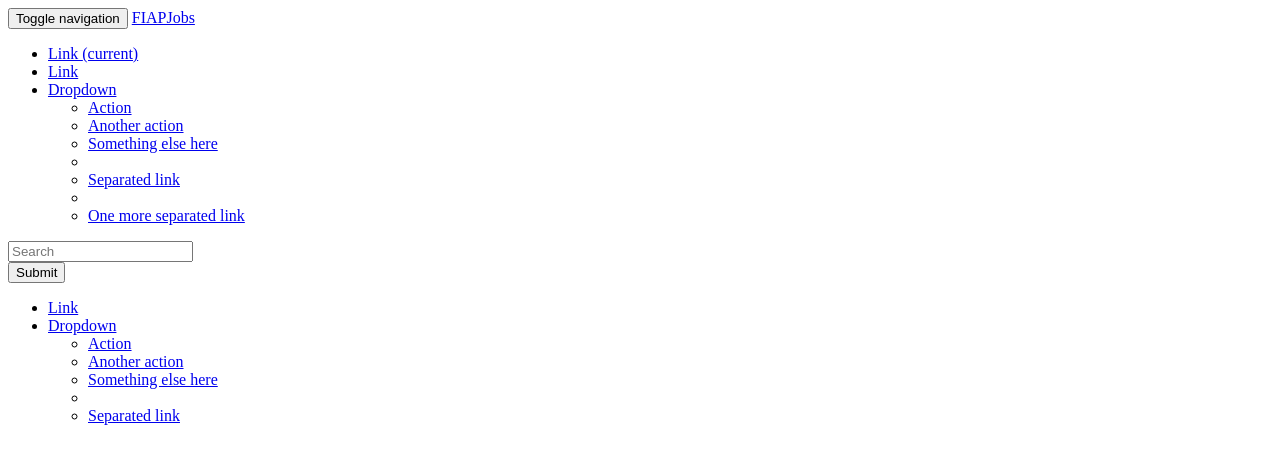
Repository: chrizera/1TDSF-Web
Page: http://localhost/FIAPJobs/cadastro-vaga.jsp
These files come from the project's save history. The page is drawn as it stood at one moment and after a run of saves; the edit follows.
The browser window is 1280 px wide. The pictures show the whole page.
The page is served by Tomcat 9.

Above is the page before, as saved 2016-10-06 11:28:45.

After the next 2 saves:
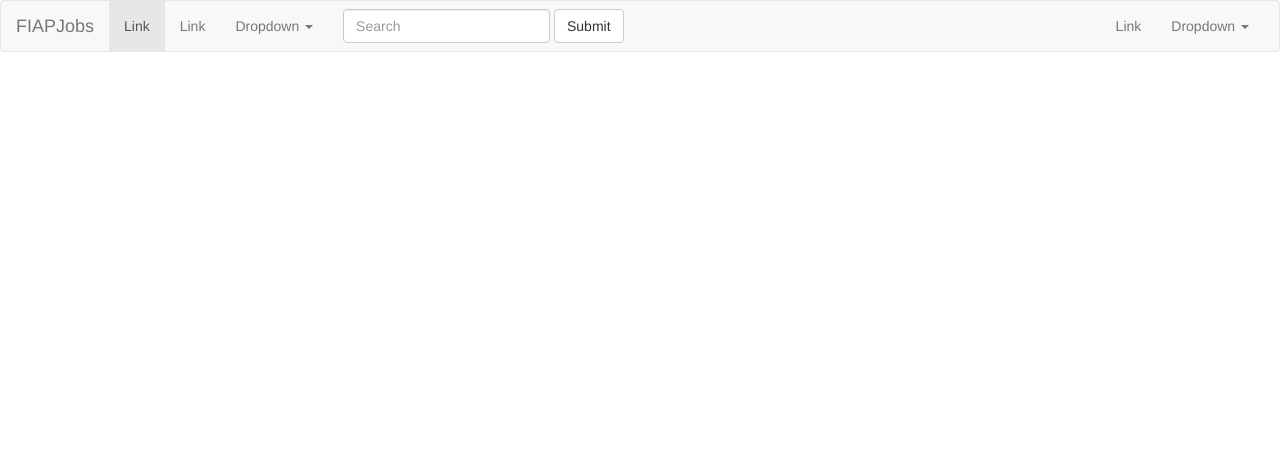
The 2 saves are shown as one change because 1 did not build or start.
The last was saved 22 s later.
--- a/FIAPJobs/WebContent/cadastro-vaga.jsp
+++ b/FIAPJobs/WebContent/cadastro-vaga.jsp
@@ -5,6 +5,7 @@
 <head>
 <meta http-equiv="Content-Type" content="text/html; charset=ISO-8859-1">
 <title>Cadastro de Vaga</title>
+<%@ include file="includes.jsp" %>
 </head>
 <body>
 <%@ include file="menu.jsp" %>
